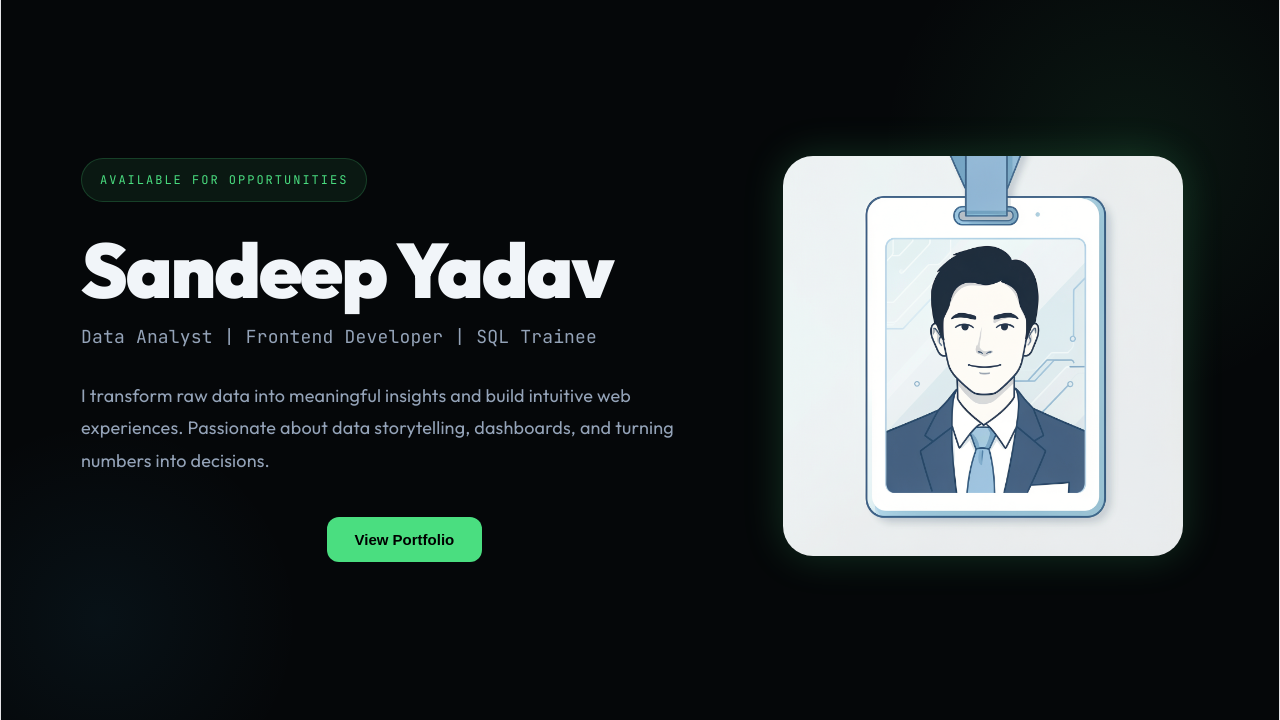
Repository: SandeepYadav18717/sandeepyadav
Page: / (app in Datanaltics_ portfolio/)
The author's editor kept a copy of each file at every save. The page is drawn from the files as they stood at one save, then again after a run of saves.
The browser window is 1280 px wide. The pictures show the whole page.
The project was rebuilt for these pictures with package versions that can differ from the ones it lists, and the page was loaded fresh each time. Also part of the build but not shown: Datanaltics_ portfolio/vite.config.js, Datanaltics_ portfolio/src/App.css.

Above is the page before, as saved 2026-05-23 04:45:55.

After the next 6 saves:
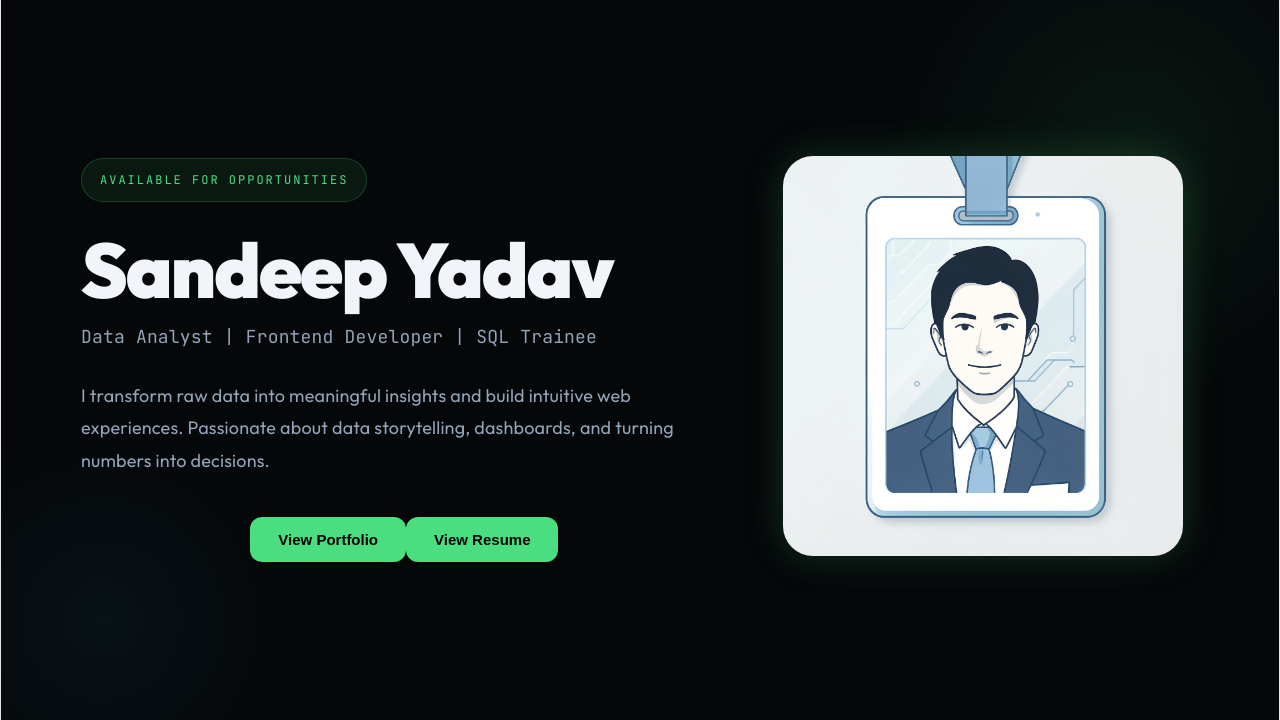
The 6 saves are shown as one change because 2 did not build or start and some came seconds apart.
The last was saved 71 s later.
--- a/Datanaltics_ portfolio/src/pages/Main.jsx
+++ b/Datanaltics_ portfolio/src/pages/Main.jsx
@@ -35,6 +35,12 @@ function Main_Page() {
             window.open("https://github.com/SandeepYadav18717")
           }
         />
+         <Button
+            text="View Resume"
+            onClick={() =>
+              window.open("https://github.com/SandeepYadav18717")
+            }
+          />
 
       </div>
 
